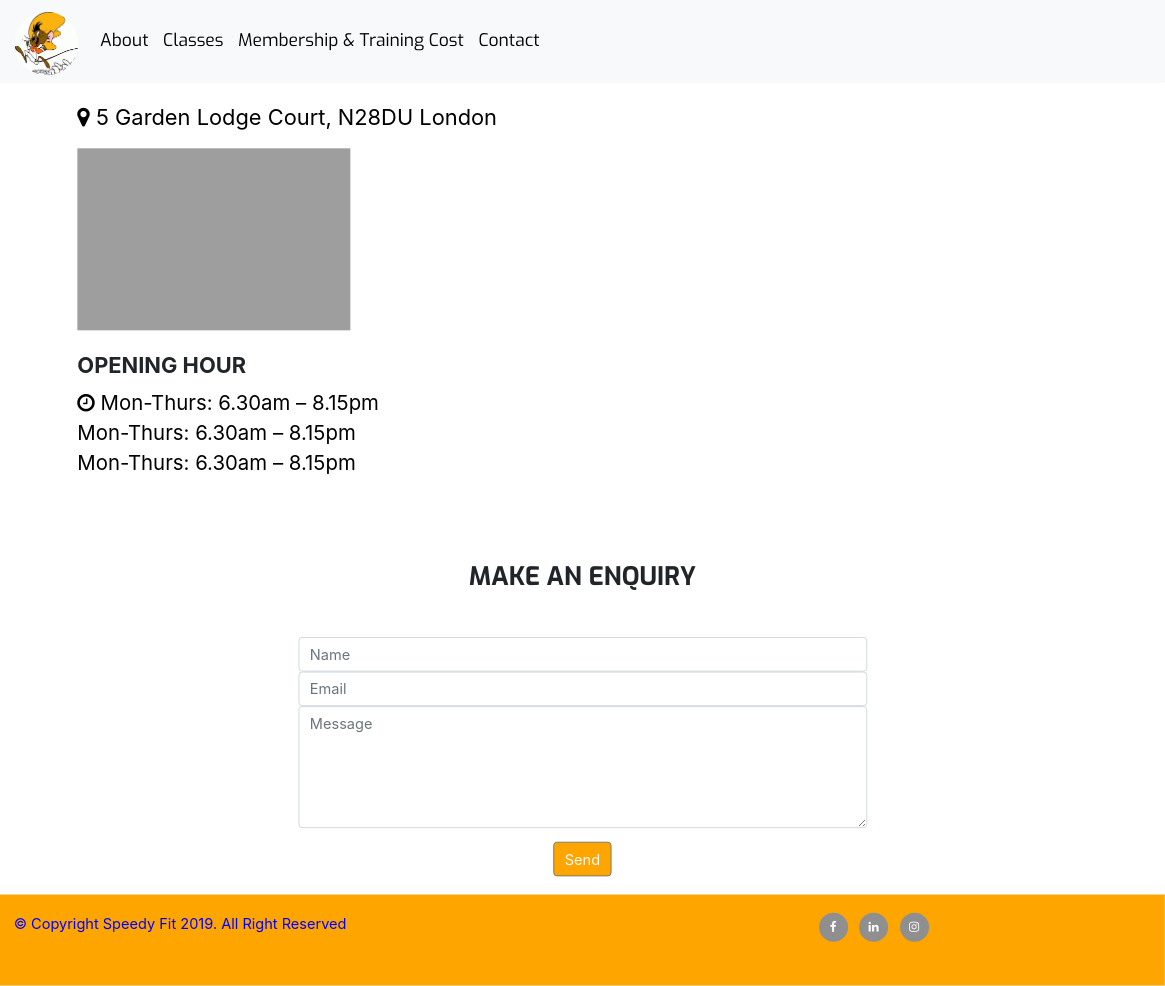
Repository: marcomoreschi/Milestrone-project
Page: membership&trainingcost.html
The author's editor kept a record of every edit. The page is drawn from the files as they stood at one moment, then again after the next edit.
The browser window is 1280 px wide. The pictures show the whole page, at 91% of full size.
Pictures or frames that could not be fetched are drawn as grey boxes. Some web libraries are served in a nearby version.

Above is the page before.

After the next edit:
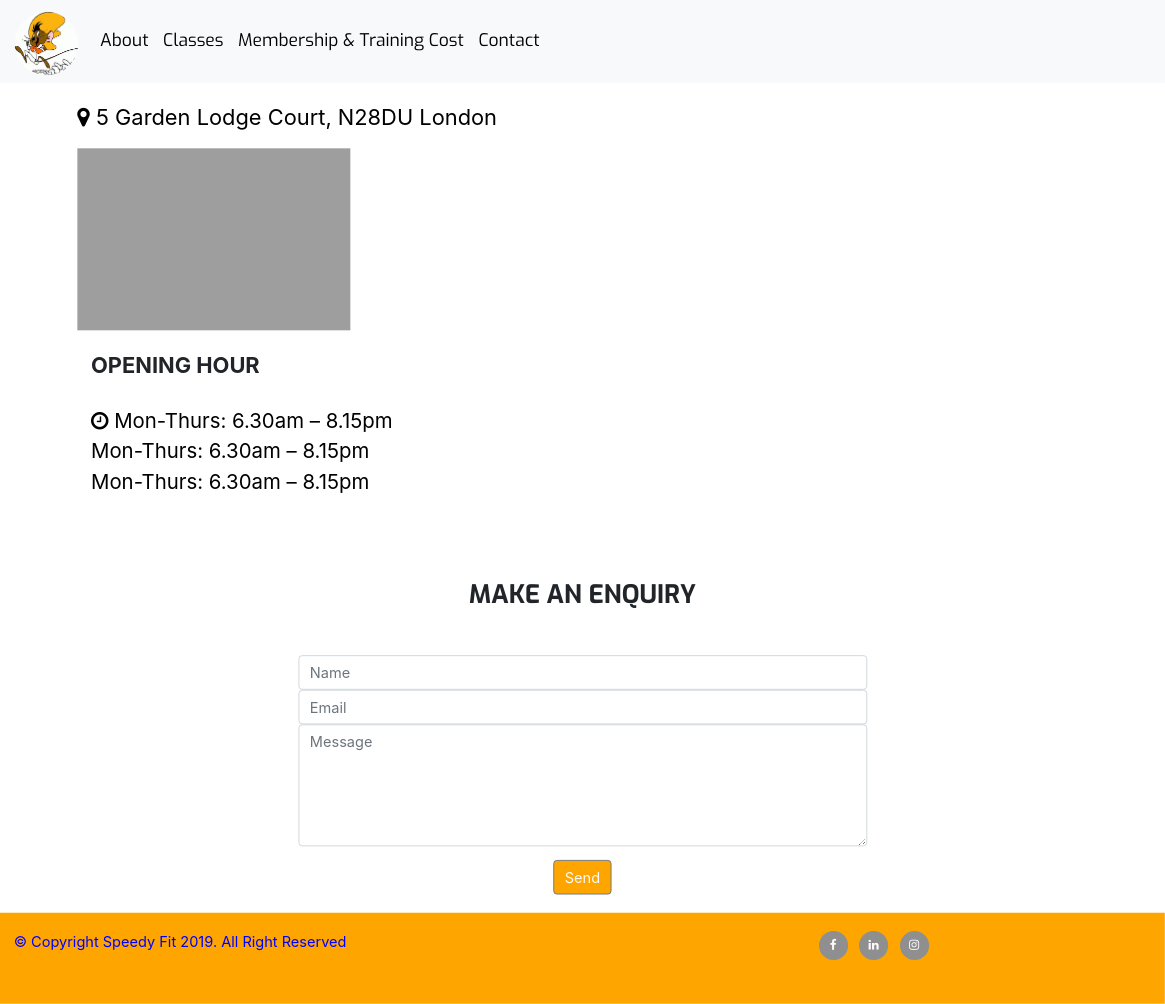
The edit:
--- a/membership&trainingcost.html
+++ b/membership&trainingcost.html
@@ -50,9 +50,8 @@
 <div class="mapouter"><div class="gmap_canvas"><iframe width="300" height="200" id="gmap_canvas" src="https://maps.google.com/maps?q=east%20finchley&t=&z=13&ie=UTF8&iwloc=&output=embed" frameborder="0" scrolling="no" marginheight="0" marginwidth="0"></iframe><a href="https://www.embedgooglemap.net/blog/torguard-promo-code/"></a></div>
 <style>.mapouter{ position:relative; text-align:right;height:200px;width:300px;}
 .gmap_canvas {overflow:hidden;background:none!important;height:200px;width:300px;}</style></div>
-    </section>
 
-    <section class="container opening-hour">
+    <div class="container opening-hour">
         <h4>opening hour</h4>
         <p><i class="fa fa-clock-o" aria-hidden="true"></i> Mon-Thurs: 6.30am – 8.15pm <br>Mon-Thurs: 6.30am – 8.15pm <br> Mon-Thurs: 6.30am – 8.15pm</p>
         </div>
